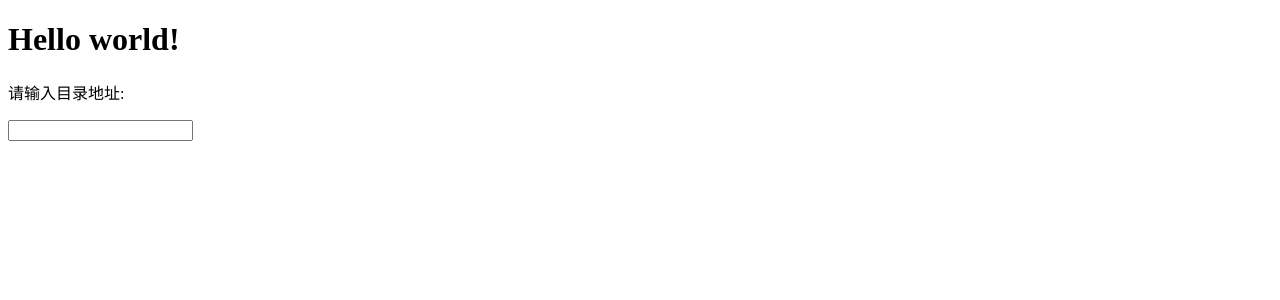
Repository: cjl1828103646/G25
Page: sqsx1/WebContent/index.html
The author's editor kept a copy of each file at every save. The page is drawn from the files as they stood at one save, then again after the next save.
The browser window is 1280 px wide. The pictures show the whole page.

Above is the page before, as saved 2023-06-26 06:17:32.

### sqsx1/WebContent/index.html
<!DOCTYPE html>
<html>
<head>
<meta charset="UTF-8">
<title>Insert title here</title>
</head>
<body>
<h1>Hello world!</h1>
<p>请输入目录地址:</p>
<input type="text">
</body>
</html>

After the next save:
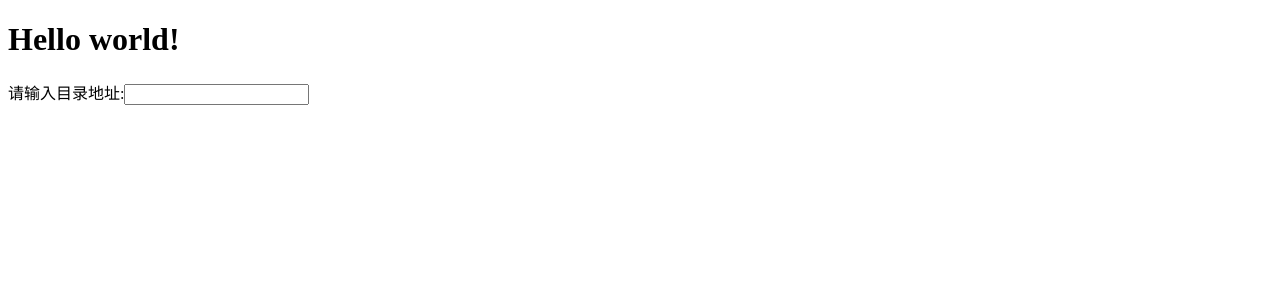
Saved 27 s later.
--- a/sqsx1/WebContent/index.html
+++ b/sqsx1/WebContent/index.html
@@ -6,7 +6,6 @@
 </head>
 <body>
 <h1>Hello world!</h1>
-<p>请输入目录地址:</p>
-<input type="text">
+<p>请输入目录地址:<input type="text"></p>
 </body>
 </html>
